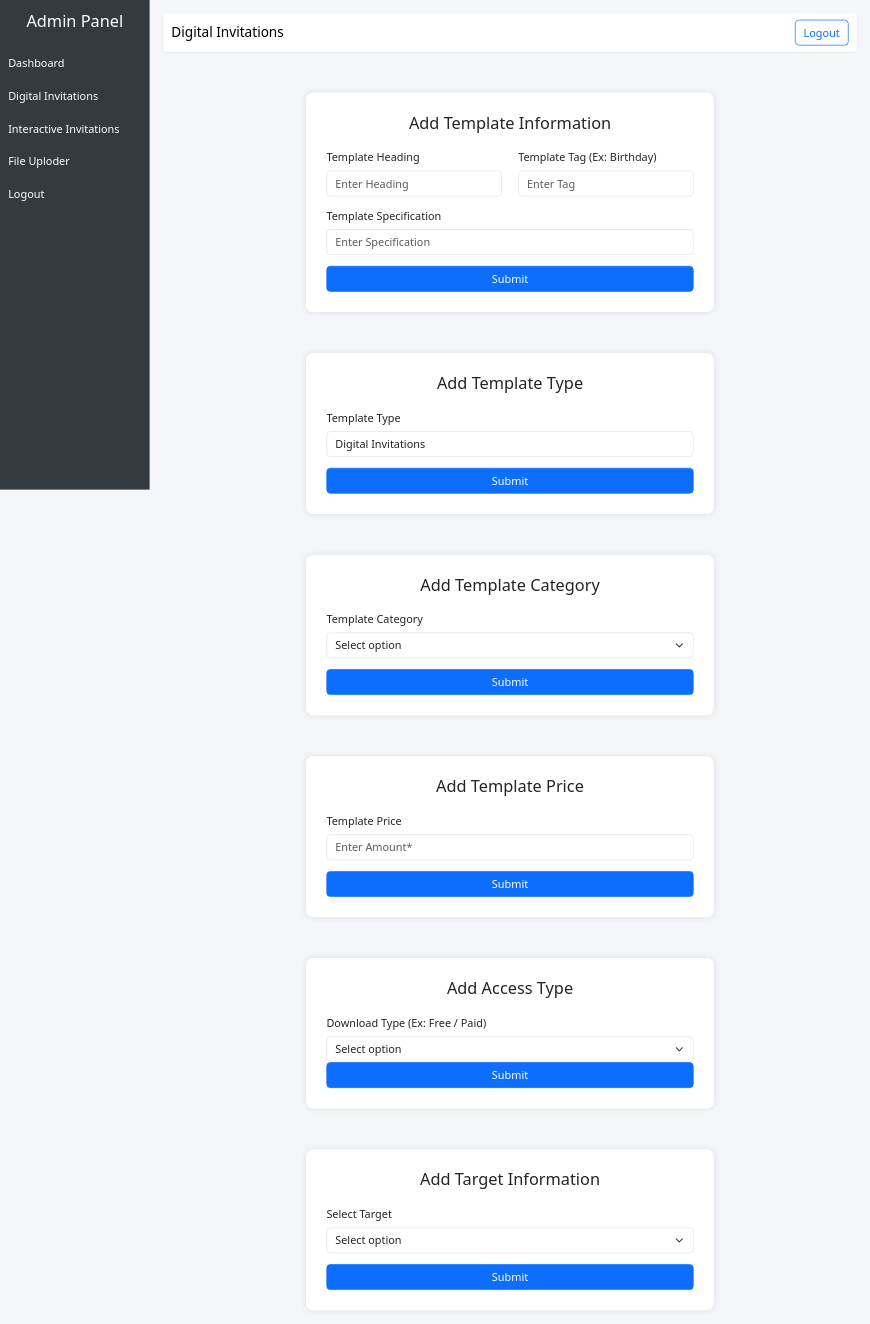
Repository: viraj7551/Flying-Invite-Project
Page: http://localhost/Admin03/digital_invitation.jsp
An editor plug-in stored every save of this project. The page is shown before and after the next save, followed by the edit.
The browser window is 1280 px wide. The pictures show the whole page, at 68% of full size.
Some web fonts or font styles are not loaded; a fallback is used. The page is served by Tomcat 9. Other server files are loaded and not shown.

Above is the page before, as saved 2026-07-18 17:43:36.

### Admin03/WebContent/digital_invitation.jsp
<%@ page language="java" contentType="text/html; charset=ISO-8859-1"
    pageEncoding="ISO-8859-1"%>

<!DOCTYPE html>
<html lang="en">
<head>
<meta charset="UTF-8">
<meta name="viewport" content="width=device-width, initial-scale=1.0">

<title>Admin Dashboard</title>
<link rel="preconnect" href="https://fonts.googleapis.com">

<link
	href="https://fonts.googleapis.com/css2?family=Grey+Qo&family=Poppins:ital,wght@0,100;0,200;0,300;0,400;0,500;0,600;0,700;0,800;0,900;1,100;1,200;1,300;1,400;1,500;1,600;1,700;1,800;1,900&display=swap"
	rel="stylesheet">

<!-- Bootstrap CSS -->
<link href="https://cdn.jsdelivr.net/npm/bootstrap@5.3.2/dist/css/bootstrap.min.css" rel="stylesheet">

<style>

body{
background:#f4f6f9;
}

/* Sidebar */
.sidebar{
height:100vh;
background:#343a40;
color:white;
position:fixed;
width:220px;
}

.sidebar a{
color:white;
text-decoration:none;
display:block;
padding:12px;
}

.sidebar a:hover{
background:#495057;
}

/* Content */
.content{
margin-left:220px;
padding:20px;
}

/* Cards */
.card-box{
border-radius:10px;
color:white;
padding:20px;
}

.bg-blue{background:#0d6efd;}
.bg-green{background:#198754;}
.bg-orange{background:#fd7e14;}
.bg-red{background:#dc3545;}

.form-container{
max-width:600px;
margin:auto;
margin-top:60px;
padding:30px;
background:white;
border-radius:10px;
box-shadow:0 0 10px rgba(0,0,0,0.1);
}



/* Mobile */
@media(max-width:768px){

.sidebar{
position:relative;
width:100%;
height:auto;
}

.content{
margin-left:0;
}

}
</style>


</head>

<body>

<div class="sidebar">

<h4 class="text-center py-3">Admin Panel</h4>

<a href="dashboard.jsp">Dashboard</a>
<a href="#">Digital Invitations</a>
<a href="#">Interactive Invitations</a>
<a href="file_uploader.jsp">File Uploder</a>
<a href="administrator.jsp">Logout</a>

</div>


<div class="content">

<!-- Navbar -->

<nav class="navbar navbar-light bg-white shadow-sm mb-4">
<div class="container-fluid">

<span class="navbar-brand">Digital Invitations</span>

<a href="administrator.jsp" class="btn btn-outline-primary">Logout</a>

</div>
</nav>



 <!-- ----------------- Form starts here -->

<div class="container">

<div class="form-container">

<h4 class="mb-4 text-center">Add Template Information</h4>

<form method="POST" action="/Admin03/Invitations">

<div class="row">
    <div class="col-md-6 mb-3">
        <label class="form-label">Template Heading</label>
         <input type="text" class="form-control" placeholder="Enter Heading" name="template_heading">
   </div>
       <div class="col-md-6 mb-3">
        <label class="form-label">Template Tag (Ex: Birthday)</label>
         <input type="text" class="form-control" placeholder="Enter Tag" name="template_tag">
   </div>
 </div>

<div class="mb-3">
      <label class="form-label">Template Specification</label>
      <input type="text" class="form-control" placeholder="Enter Specification" name="template_specification">
</div>

<div class="d-grid">
      <button type="submit" class="btn btn-primary">Submit </button>
</div>

</form>

</div>

</div>

 <!-- ------------------ Form ends here -->


 <!-- --------------------Form 2 starts here ------------------->
<div class="container">
<div class="form-container">
<h4 class="mb-4 text-center">Add Template Type</h4>
 <form method="POST" action="/Admin03/Invitations">
  <div class="row">
     <div class="mb-3">
          <label class="form-label">Template Type</label>
          <input type="text" class="form-control" placeholder="Enter first name" name="template_type_selector"  value = "Digital Invitations" readonly>
    </div>
   <div class="d-grid">
      <button type="submit" class="btn btn-primary">Submit </button>
   </div>
 </div>
</form>
</div>
</div>

 <!-- -------------------Form 2 ends here -->



<!-- -------------------Form 3 starts here ------------->
<div class="container">
<div class="form-container">
<h4 class="mb-4 text-center">Add Template Category</h4>
 <form method="POST" action="/Admin03/Invitations">
  <div class="row">
     <div class="mb-3">
          <label class="form-label">Template Category</label>
                <select id ="first_drop_down" class="form-select" onchange = "festivalFilter()" name="category_selector">
          <option selected>Select option</option>
          <option value="Greetings">Greetings</option>
          <option value="Invitations">Invitations</option>
       </select>
    </div>
   <div class="d-grid">
      <button type="submit" class="btn btn-primary">Submit </button>
   </div>
 </div>
</form>
</div>
</div>
<!-- -------------------Form 3 ends here --------------->


<!-- -------------------Form 4 starts here --------------->
<div class="container">
<div class="form-container">
<h4 class="mb-4 text-center">Add Template Price</h4>
 <form method="POST" action="/Admin03/Invitations">
  <div class="row">
     <div class="mb-3">
          <label class="form-label">Template Price</label>
          <input type="text" class="form-control" placeholder="Enter Amount*" name="total_amount">
    </div>
   <div class="d-grid">
      <button type="submit" class="btn btn-primary">Submit </button>
   </div>
 </div>
</form>
</div>
</div>

<!-- -------------------Form 4 ends here --------------->


<!-- -------------------Form 5 starts here ------------->
<div class="container">
  <div class="form-container">
      <h4 class="mb-4 text-center">Add Access Type</h4>
      <form method="POST" action="/Admin03/SetTargetInformation">
      <div class="row">
         <div class="col-mb-3">
              <label class="form-label">Download Type (Ex: Free / Paid)</label>
              <select class="form-select" name="template_download_type">
                 <option selected>Select option</option>
                 <option value="Free">Free</option>
                 <option value="Pay">Pay</option>
             </select>
         </div>
      </div>
        <div class="d-grid">
          <button type="submit" class="btn btn-primary"> Submit </button>
        </div>
     </form>
   </div>
 </div>




<!-- --------------------Form 5 ends here ---------------->

<!-- -------------------- Form 6 starts here -->
<div class="container">
  <div class="form-container">
   <h4 class="mb-4 text-center">Add Target Information</h4>
  <form method="POST" action="/Admin03/SetTargetInformation">
    <div class="row">
        <div class="mb-3">
        <label class="form-label">Select Target</label>
      <select id ="first_drop_down" class="form-select" onchange = "festivalFilter()" name="target_selector">
          <option selected>Select option</option>
          <option value="Wedding">Wedding</option>
          <option value="Baby Shower">Baby Shower</option>
          <option value="Yoga Day">Yoga Day</option>
          <option value="Birthday">Birthday</option>
          <option value="Anniversary">Anniversary</option>
          <option value="Festival">Festival</option>
       </select>
</div>
</div>
  <div class="d-grid">
     <button type="submit" class="btn btn-primary"> Submit </button>
   </div>

 </form>
 </div>
</div>

 <!-- ---------------------Form 6 ends here -->


</div>

<script>

   function festivalFilter(){
	   let firstValue = document.getElementById("first_drop_down").value;
	   if(firstValue === "Festival"){
		   document.getElementById("second_drop_down").style.display="block";
	   }else{
		   document.getElementById("second_drop_down").style.display="none";
	   }
   }

</script>

<script src="https://cdn.jsdelivr.net/npm/bootstrap@5.3.2/dist/js/bootstrap.bundle.min.js"></script>
</body>
</html>

After the next save:
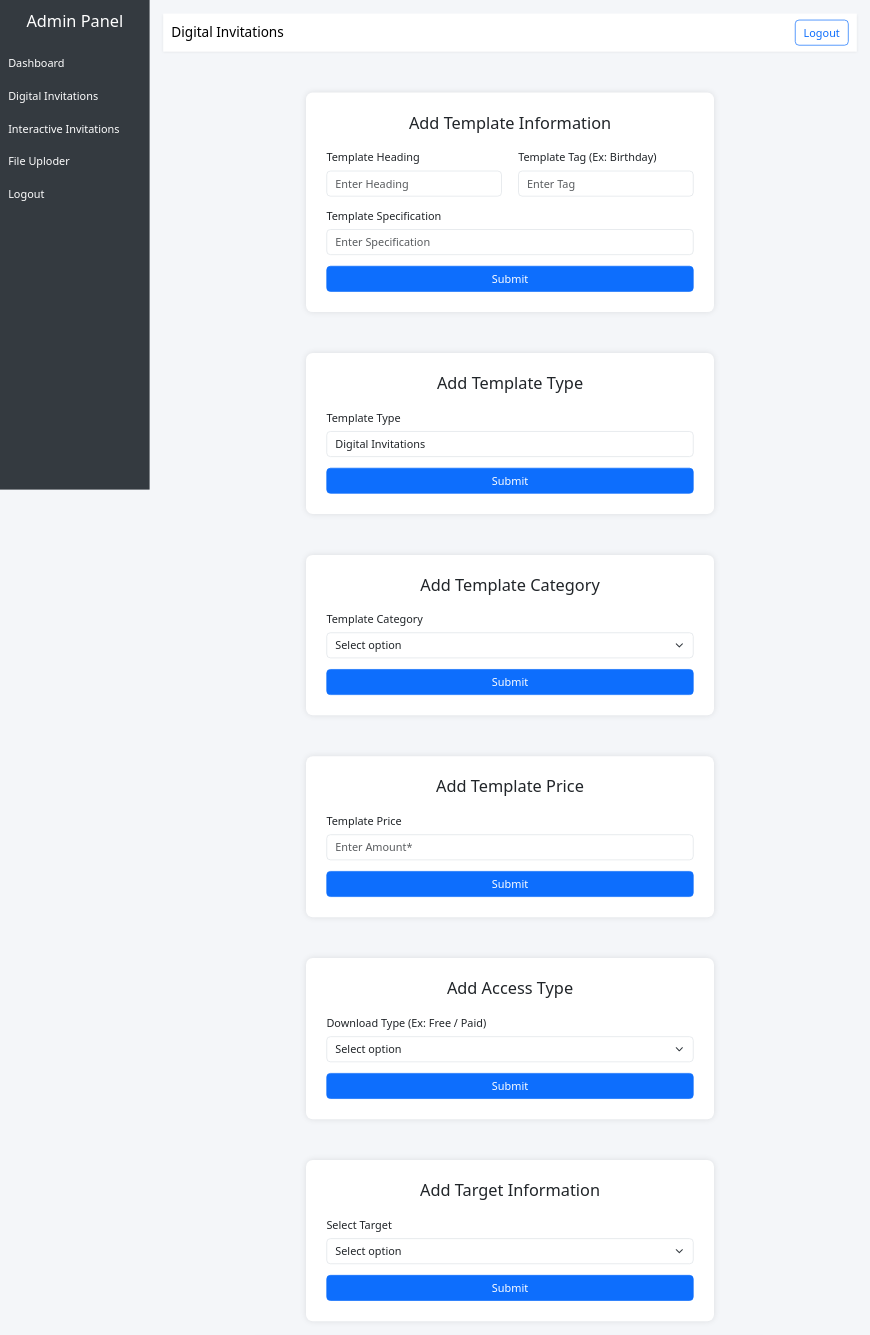
Saved 8 s later.
--- a/Admin03/WebContent/digital_invitation.jsp
+++ b/Admin03/WebContent/digital_invitation.jsp
@@ -235,7 +235,7 @@ margin-left:0;
       <h4 class="mb-4 text-center">Add Access Type</h4>
       <form method="POST" action="/Admin03/SetTargetInformation">
       <div class="row">
-         <div class="col-mb-3">
+         <div class="mb-3">
               <label class="form-label">Download Type (Ex: Free / Paid)</label>
               <select class="form-select" name="template_download_type">
                  <option selected>Select option</option>
